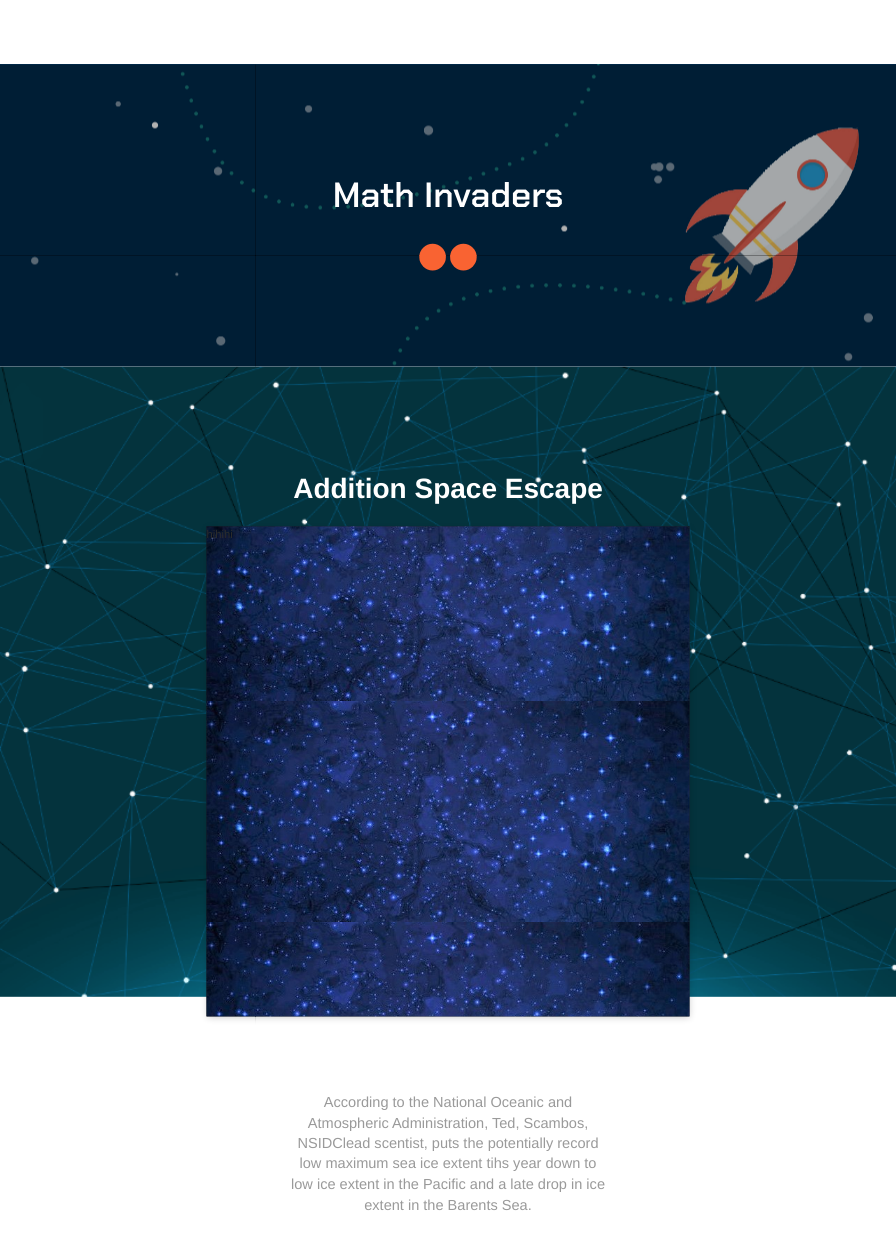
Repository: kkyler24/MathInvader
Page: index.html
An editor plug-in stored every save of this project. The page is shown before and after the next save, followed by the edit.
The browser window is 1280 px wide. The pictures show the whole page, at 70% of full size.
Some web libraries are served in a nearby version.

Above is the page before, as saved 2020-07-19 19:02:51.
Console error: TypeError: Cannot read properties of null (reading 'appendChild')

### index.html
<!DOCTYPE html>
<html lang="en">
  <head>
    <!-- Required meta tags -->
    <meta charset="utf-8" />
    <meta
      name="viewport"
      content="width=device-width, initial-scale=1, shrink-to-fit=no"
    />

    <!-- Bootstrap CSS -->
    <link
      rel="stylesheet"
      href="https://maxcdn.bootstrapcdn.com/bootstrap/4.0.0/css/bootstrap.min.css"
      integrity="sha384-Gn5384xqQ1aoWXA+058RXPxPg6fy4IWvTNh0E263XmFcJlSAwiGgFAW/dAiS6JXm"
      crossorigin="anonymous"
    />
    <link href="../assets/css/now-ui-kit.css?v=1.2.0" rel="stylesheet" />
    <link
      href="https://fonts.googleapis.com/css2?family=Chakra+Petch:wght@600&display=swap"
      rel="stylesheet"
    />
    <link href="./jsFolder/index.css" rel="stylesheet" />

    <title>Math Invaders</title>
  </head>
  <!-- Navbar -->
  <body class="burger-menu">
    <div id="mainBody">
      <nav
        id="marginb"
        class="navbar navbar-expand-lg fixed-top navbar-transparent"
      >
        <div class="container">
          <a class="navbar-brand" href="#">MCLA</a>
          <div class="separator separator-primary"></div>
          <button
            class="navbar-toggler"
            type="button"
            data-toggle="collapse"
            data-target="#navbarNav"
            aria-controls="navbarNav"
            aria-expanded="false"
            aria-label="Toggle navigation"
          >
            <span class="navbar-toggler-icon"></span>
          </button>
          <div class="collapse navbar-collapse" id="navbarNav">
            <ul class="navbar-nav">
              <li class="nav-item active">
                <a class="nav-link" href="#"
                  >Home <span class="sr-only">(current)</span></a
                >
              </li>
              <li class="nav-item">
                <a class="nav-link" href="#">About Us</a>
              </li>
              <li class="nav-item">
                <a class="nav-link" href="#">Games</a>
              </li>
              <li class="nav-item">
                <a class="nav-link" href="#">Log In</a>
              </li>
            </ul>
          </div>
        </div>
      </nav>
      <div id="wrapper">
        <div class="page-header page-header-small">
          <div class="page-header-image" data-parallax="true"></div>
          <div class="content-center">
            <div class="container">
              <h1 id="titleG" class="title">Math Invaders</h1>
              <div class="text-center">
                <a href="#pablo" class="btn btn-primary btn-icon btn-round">
                  <i class="fab fa-facebook-square"></i>
                </a>
                <a href="#pablo" class="btn btn-primary btn-icon btn-round">
                  <i class="fab fa-twitter"></i>
                </a>
              </div>
            </div>
          </div>
        </div>
      </div>
      <div id="backgroundSection" class="section section-about-us">
        <div class="container">
          <div class="section-story-overview">
            <h2 class="title text-center gameT">Addition Space Escape</h2>
            <div class="separator separator-primary"></div>
            <div class="game-wrapper">
<div id="Game" class="Game"> hihihi</div>
<div class="congratulations">
    <h1>Congratulations!</h1>
    <h2>You won the game</h2>
    <button class="btn" onclick="window.location.reload()">Restart</button>
              </div>
              <div class="game-over">
                <h1>GAME OVER</h1>
                <h2>You lost the game</h2>
                <button class="btn" onclick="window.location.reload()">Restart</button>
          </div>
                    </div>
                    <div class="separator separator-primary"></div>
                    <div class="row">
                        <div class="col-md-8 ml-auto mr-auto text-center">
                            <h2 class="title gameT">Description</h2>
                            <h5 class="description">According to the National Oceanic and Atmospheric Administration, Ted, Scambos, NSIDClead scentist, puts the potentially record low maximum sea ice extent tihs year down to low ice extent in the Pacific and a late drop in ice extent in the Barents Sea.</h5>
                        </div>
                    </div>
                </div>
            </div>
        </div>
    </div>
    </div>
    <!-- Optional JavaScript -->
    <!-- jQuery first, then Popper.js, then Bootstrap JS -->
    <script
      src="https://code.jquery.com/jquery-3.2.1.slim.min.js"
      integrity="sha384-KJ3o2DKtIkvYIK3UENzmM7KCkRr/rE9/Qpg6aAZGJwFDMVNA/GpGFF93hXpG5KkN"
      crossorigin="anonymous"
    ></script>
    <script
      src="https://cdnjs.cloudflare.com/ajax/libs/popper.js/1.12.9/umd/popper.min.js"
      integrity="sha384-ApNbgh9B+Y1QKtv3Rn7W3mgPxhU9K/ScQsAP7hUibX39j7fakFPskvXusvfa0b4Q"
      crossorigin="anonymous"
    ></script>
    <script
      src="https://maxcdn.bootstrapcdn.com/bootstrap/4.0.0/js/bootstrap.min.js"
      integrity="sha384-JZR6Spejh4U02d8jOt6vLEHfe/JQGiRRSQQxSfFWpi1MquVdAyjUar5+76PVCmYl"
      crossorigin="anonymous"
    ></script>
    <script src="../assets/js/plugins/bootstrap-switch.js"></script>
    <script
      src="../assets/js/plugins/nouislider.min.js"
      type="text/javascript"
    ></script>
    <script
      src="../assets/js/plugins/bootstrap-datepicker.js"
      type="text/javascript"
    ></script>
    <script
      src="../assets/js/now-ui-kit.js?v=1.2.0"
      type="text/javascript"
    ></script>
    <script src="./jsFolder/Aliens.js"></script>
    <script src="./jsFolder/tokens.js"></script>
    <script src="./jsFolder/game.js"></script>
  </body>
</html>

### jsFolder/index.css
html,
body {
  height: 100%;

  font-size: 16px;
  columns: #222b3f;
}
/*  navbar*/

.navbar.navbar-transparent {
  background-color: transparent !important;
  box-shadow: none;
  color: #fff;
  padding-top: 20px !important;
}

.fixed-top {
  position: fixed;
  top: 0;
  right: 0;
  left: 0;
  z-index: 1030;
}
#navbarNav {
  justify-content: flex-end;
}

#marginb {
  margin-bottom: 20px !important;
}
.navbar {
  position: relative;
  display: flex;
  flex-wrap: wrap;
  align-items: center;
  justify-content: space-between;
  padding: 0.5rem 1rem;
  padding-top: 0.625rem;
  padding-bottom: 0.625rem;
  min-height: 53px;
}

a {
  color: #222b3f;
  text-decoration: none;
  background-color: transparent;
}

.container {
  width: 100%;
  padding-right: 15px;
  padding-left: 15px;
  margin-right: auto;
  margin-left: auto;
}

.button-dropdown {
  padding-right: 0.7rem;
  cursor: pointer;
}

.navbar.navbar-transparent {
  background-color: transparent !important;
  color: #fff;
}

.dropdown {
  position: relative;
}

.navbar > .container {
  display: flex;
  flex-wrap: wrap;
  align-items: center;
  justify-content: space-between;
}

.gameT {
  color: #fff;
}
#titleG {
  font-family: "Chakra Petch", sans-serif;
  font-size: 50px;
  font-weight: 700;
  padding-top: 30px;
}
/*  container */

.page-header.page-header-small {
  min-height: 60vh;
  max-height: 440px;
}

.page-header {
  padding: 0;
  color: #fff;
  position: relative;
  overflow: hidden;
}

.page-header .page-header-image {
  position: absolute;
  background-size: cover;
  background-position: 50%;
  width: 100%;
  height: 100%;
  z-index: -1;
}
.page-header-image {
  background-image: url("./pictures/MathApics/kidsbackgroundspace.png");
  transform: translate3d(0px, 0px, 0px);
}

.navbar-toggler:not(:disabled):not(.disabled) {
  cursor: pointer;
}

.content-center {
  position: absolute;
  top: 50%;
  left: 50%;
  z-index: 2;
  transform: translate(-50%, -50%);
  text-align: center;
  color: #fff;
  padding: 0 15px;
  width: 100%;
  max-width: 880px;
}

.text-center {
  text-align: center !important;
}

.page-header .container {
  height: 100%;
  z-index: 1;
  text-align: center;
  position: relative;
}

.section {
  padding: 70px 0;
  position: relative;
  background: #fff;
}

.row {
  display: flex;
  flex-wrap: wrap;
  margin-right: -15px;
  margin-left: -15px;
}

.ml-auto,
.mx-auto {
  margin-left: auto !important;
}
.mr-auto,
.mx-auto {
  margin-right: auto !important;
}

.col-md-8 {
  position: relative;
  width: 100%;
  padding-right: 15px;
  padding-left: 15px;
}
h2 {
  margin-bottom: 30px;
  line-height: 1.2;
}

#backgroundSection {
  background-image: url("./pictures/MathApics/spaceship/background3591568.png");
  background-repeat: no-repeat;
  background-size: cover;
  width: 100%;
  height: 900px;
}

/* Game */

#Game {
  width: 800px;
  height: 700px;
  background: url("/jsFolder/pictures/MathApics/spaceship/cosmicgalaxbluebackground.jpg");
  animation: scroll-background 6s linear infinite;
  box-shadow: 0 2px 10px rgba(0, 0, 0, 0.2);
  position: relative;
}

.wrap {
  display: flex;
  flex-direction: column;
  height: 100%;
}

.game-wrapper {
  flex: 1;
  display: flex;
  justify-content: center;
  align-items: center;
  background: #222;
}

.game .enemy {
  position: absolute;
  margin-left: -20px;
  margin-top: -18px;
  width: 40px;
}

.game .player {
  position: absolute;
  margin-left: -20px;
  width: 40px;
}

.game .laser {
  position: absolute;
  margin-left: -2.5px;
  height: 30px;
}

.game .enemy-laser {
  position: absolute;
  margin-left: -2.5px;
  height: 30px;
}

.congratulations {
  display: none;
  position: absolute;
  background: #c7a526;
  color: white;
  padding: 20px 50px;
  box-shadow: 0 2px 10px rgba(0, 0, 0, 0.2);
  border-radius: 10px;
  text-align: center;
  animation: pop-in 1s;
}

.game-over {
  display: none;
  position: absolute;
  background: #6b1818;
  color: white;
  padding: 20px 50px;
  box-shadow: 0 2px 10px rgba(0, 0, 0, 0.2);
  border-radius: 10px;
  text-align: center;
  animation: pop-in 1s;
}

@keyframes scroll-background {
  from {
    background-position-y: 0px;
  }
  to {
    background-position-y: 256px;
  }
}

@keyframes pop-in {
  0% {
    opacity: 0;
    transform: translate(0, -100px);
  }
  10% {
    opacity: 1;
  }
  50% {
    transform: translate(0, 30px);
  }
  100% {
    transform: translate(0, 0);
  }
}

/* media Queries */

@media (min-width: 768px) {
  .col-md-8 {
    flex: 0 0 66.666667%;
    max-width: 66.666667%;
  }
}
@media (min-width: 768px) {
  .container {
    max-width: 720px;
  }
}

@media (min-width: 992px) {
  .navbar-expand-lg .navbar-toggler {
    display: none;
  }
}

@media (max-width: 991.98px) {
  .navbar-expand-lg > .container {
    padding-right: 0;
    padding-left: 0;
  }
}

@media (min-width: 768px) {
  .container {
    max-width: 720px;
  }
}

@media screen and (max-width: 991px) {
  .button-dropdown {
    display: none;
  }
}

@media (min-width: 992px) {
  .navbar-expand-lg .navbar-toggler {
    display: none;
  }
}

@media screen and (max-width: 991px) {
  .sidebar-collapse .wrapper {
    transition: all 0.5s cubic-bezier(0.685, 0.0473, 0.346, 1);
  }
}

### jsFolder/UIAssets/now-ui-kit-master/assets/js/now-ui-kit.js
/*!

 =========================================================
 * Now UI Kit - v1.3.0
 =========================================================

 * Product Page: https://www.creative-tim.com/product/now-ui-kit
 * Copyright 2019 Creative Tim (http://www.creative-tim.com)

 * Designed by www.invisionapp.com Coded by www.creative-tim.com

 =========================================================

 * The above copyright notice and this permission notice shall be included in all copies or substantial portions of the Software.

 */


var transparent = true;
var big_image;

var transparentDemo = true;
var fixedTop = false;

var navbar_initialized,
  backgroundOrange = false,
  toggle_initialized = false;

var nowuiKit,
  $navbar,
  scroll_distance,
  oVal;

$(document).ready(function() {
  //  Activate the Tooltips
  $('[data-toggle="tooltip"], [rel="tooltip"]').tooltip();

  // Activate Popovers and set color for popovers
  $('[data-toggle="popover"]').each(function() {
    color_class = $(this).data('color');
    $(this).popover({
      template: '<div class="popover popover-' + color_class + '" role="tooltip"><div class="arrow"></div><h3 class="popover-header"></h3><div class="popover-body"></div></div>'
    });
  });

  // Activate the image for the navbar-collapse
  nowuiKit.initNavbarImage();

  $navbar = $('.navbar[color-on-scroll]');
  scroll_distance = $navbar.attr('color-on-scroll') || 500;

  // Check if we have the class "navbar-color-on-scroll" then add the function to remove the class "navbar-transparent" so it will transform to a plain color.

  if ($('.navbar[color-on-scroll]').length != 0) {
    nowuiKit.checkScrollForTransparentNavbar();
    $(window).on('scroll', nowuiKit.checkScrollForTransparentNavbar)
  }

  $('.form-control').on("focus", function() {
    $(this).parent('.input-group').addClass("input-group-focus");
  }).on("blur", function() {
    $(this).parent(".input-group").removeClass("input-group-focus");
  });

  // Activate bootstrapSwitch
  $('.bootstrap-switch').each(function() {
    $this = $(this);
    data_on_label = $this.data('on-label') || '';
    data_off_label = $this.data('off-label') || '';

    $this.bootstrapSwitch({
      onText: data_on_label,
      offText: data_off_label
    });
  });

  if ($(window).width() >= 992) {
    big_image = $('.page-header-image[data-parallax="true"]');

    $(window).on('scroll', nowuiKitDemo.checkScrollForParallax);
  }

  // Activate Carousel
  $('.carousel').carousel({
    interval: 4000
  });

  $('.date-picker').each(function() {
    $(this).datepicker({
      templates: {
        leftArrow: '<i class="now-ui-icons arrows-1_minimal-left"></i>',
        rightArrow: '<i class="now-ui-icons arrows-1_minimal-right"></i>'
      }
    }).on('show', function() {
      $('.datepicker').addClass('open');

      datepicker_color = $(this).data('datepicker-color');
      if (datepicker_color.length != 0) {
        $('.datepicker').addClass('datepicker-' + datepicker_color + '');
      }
    }).on('hide', function() {
      $('.datepicker').removeClass('open');
    });
  });


});

// Javascript just for Demo purpose, remove it from your project
nowuiKitDemo = {
  checkScrollForParallax: debounce(function() {
    var current_scroll = $(this).scrollTop();

    oVal = ($(window).scrollTop() / 3);
    big_image.css({
      'transform': 'translate3d(0,' + oVal + 'px,0)',
      '-webkit-transform': 'translate3d(0,' + oVal + 'px,0)',
      '-ms-transform': 'translate3d(0,' + oVal + 'px,0)',
      '-o-transform': 'translate3d(0,' + oVal + 'px,0)'
    });

  }, 6)

}

// Returns a function, that, as long as it continues to be invoked, will not
// be triggered. The function will be called after it stops being called for
// N milliseconds. If `immediate` is passed, trigger the function on the
// leading edge, instead of the trailing.

function debounce(func, wait, immediate) {
  var timeout;
  return function() {
    var context = this,
      args = arguments;
    clearTimeout(timeout);
    timeout = setTimeout(function() {
      timeout = null;
      if (!immediate) func.apply(context, args);
    }, wait);
    if (immediate && !timeout) func.apply(context, args);
  };
};

$(window).on('resize', function() {
  nowuiKit.initNavbarImage();
});

$(document).on('click', '.navbar-toggler', function() {
  $toggle = $(this);

  if (nowuiKit.misc.navbar_menu_visible == 1) {
    $('html').removeClass('nav-open');
    nowuiKit.misc.navbar_menu_visible = 0;
    $('#bodyClick').remove();
    setTimeout(function() {
      $toggle.removeClass('toggled');
    }, 550);
  } else {
    setTimeout(function() {
      $toggle.addClass('toggled');
    }, 580);
    div = '<div id="bodyClick"></div>';
    $(div).appendTo('body').click(function() {
      $('html').removeClass('nav-open');
      nowuiKit.misc.navbar_menu_visible = 0;
      setTimeout(function() {
        $toggle.removeClass('toggled');
        $('#bodyClick').remove();
      }, 550);
    });

    $('html').addClass('nav-open');
    nowuiKit.misc.navbar_menu_visible = 1;
  }
});

nowuiKit = {
  misc: {
    navbar_menu_visible: 0
  },

  checkScrollForTransparentNavbar: debounce(function() {
    if ($(document).scrollTop() > scroll_distance) {
      if (transparent) {
        transparent = false;
        $('.navbar[color-on-scroll]').removeClass('navbar-transparent');
      }
    } else {
      if (!transparent) {
        transparent = true;
        $('.navbar[color-on-scroll]').addClass('navbar-transparent');
      }
    }
  }, 17),

  initNavbarImage: function() {
    var $navbar = $('.navbar').find('.navbar-translate').siblings('.navbar-collapse');
    var background_image = $navbar.data('nav-image');

    if (background_image != undefined) {
      if ($(window).width() < 991 || $('body').hasClass('burger-menu')) {
        $navbar.css('background', "url('" + background_image + "')")
          .removeAttr('data-nav-image')
          .css('background-size', "cover")
          .addClass('has-image');
      } else {
        $navbar.css('background', "")
          .attr('data-nav-image', '' + background_image + '')
          .css('background-size', "")
          .removeClass('has-image');
      }
    }
  },

  initSliders: function() {
    // Sliders for demo purpose in refine cards section
    var slider = document.getElementById('sliderRegular');

    noUiSlider.create(slider, {
      start: 40,
      connect: [true, false],
      range: {
        min: 0,
        max: 100
      }
    });

    var slider2 = document.getElementById('sliderDouble');

    noUiSlider.create(slider2, {
      start: [20, 60],
      connect: true,
      range: {
        min: 0,
        max: 100
      }
    });
  }
}

// Javascript just for Demo purpose, remove it from your project
nowuiKitDemo = {
  checkScrollForParallax: debounce(function() {
    var current_scroll = $(this).scrollTop();

    oVal = ($(window).scrollTop() / 3);
    big_image.css({
      'transform': 'translate3d(0,' + oVal + 'px,0)',
      '-webkit-transform': 'translate3d(0,' + oVal + 'px,0)',
      '-ms-transform': 'translate3d(0,' + oVal + 'px,0)',
      '-o-transform': 'translate3d(0,' + oVal + 'px,0)'
    });

  }, 6)

}

// Returns a function, that, as long as it continues to be invoked, will not
// be triggered. The function will be called after it stops being called for
// N milliseconds. If `immediate` is passed, trigger the function on the
// leading edge, instead of the trailing.

function debounce(func, wait, immediate) {
  var timeout;
  return function() {
    var context = this,
      args = arguments;
    clearTimeout(timeout);
    timeout = setTimeout(function() {
      timeout = null;
      if (!immediate) func.apply(context, args);
    }, wait);
    if (immediate && !timeout) func.apply(context, args);
  };
};

### jsFolder/game.js
const GAME_WIDTH = 800;
const GAME_HEIGHT = 700;

const KEY_CODE_LEFT = 37;
const KEY_CODE_RIGHT = 39;
const KEY_CODE_SPACE = 32;

// contains entire state of game which included position of player and enemies.
const GAME_STATE = {
  playerX: 0,
  playerY: 0,
};

function setPosition($el, x, y) {
  $el.style.transform = `translate(${x}px, ${y}px)`;
}

function createPlayer($container) {
  GAME_STATE.playerX = GAME_WIDTH / 2;
  GAME_STATE.playerY = GAME_HEIGHT - 50;
  const $player = document.createElement("img");
  $player.src = "img/player-blue-1.png";
  $player.className = "player";
  $container.appendChild($player);
  setPosition($player, GAME_STATE.playerX, GAME_STATE.playerY);
}

// initializes players and function of the game
function init() {
  const $container = document.querySelector(".game");
  createPlayer($container);
}

init();
window.addEventListener("keydown", onKeyDown);

Loaded but not shown: jsFolder/UIAssets/now-ui-kit-master/assets/css/now-ui-kit.css (library); jsFolder/UIAssets/now-ui-kit-master/assets/js/plugins/bootstrap-switch.js (library); jsFolder/UIAssets/now-ui-kit-master/assets/js/plugins/nouislider.min.js (library); jsFolder/UIAssets/now-ui-kit-master/assets/js/plugins/bootstrap-datepicker.js (library); jsFolder/Aliens.js (empty); jsFolder/tokens.js (empty)

After the next save:
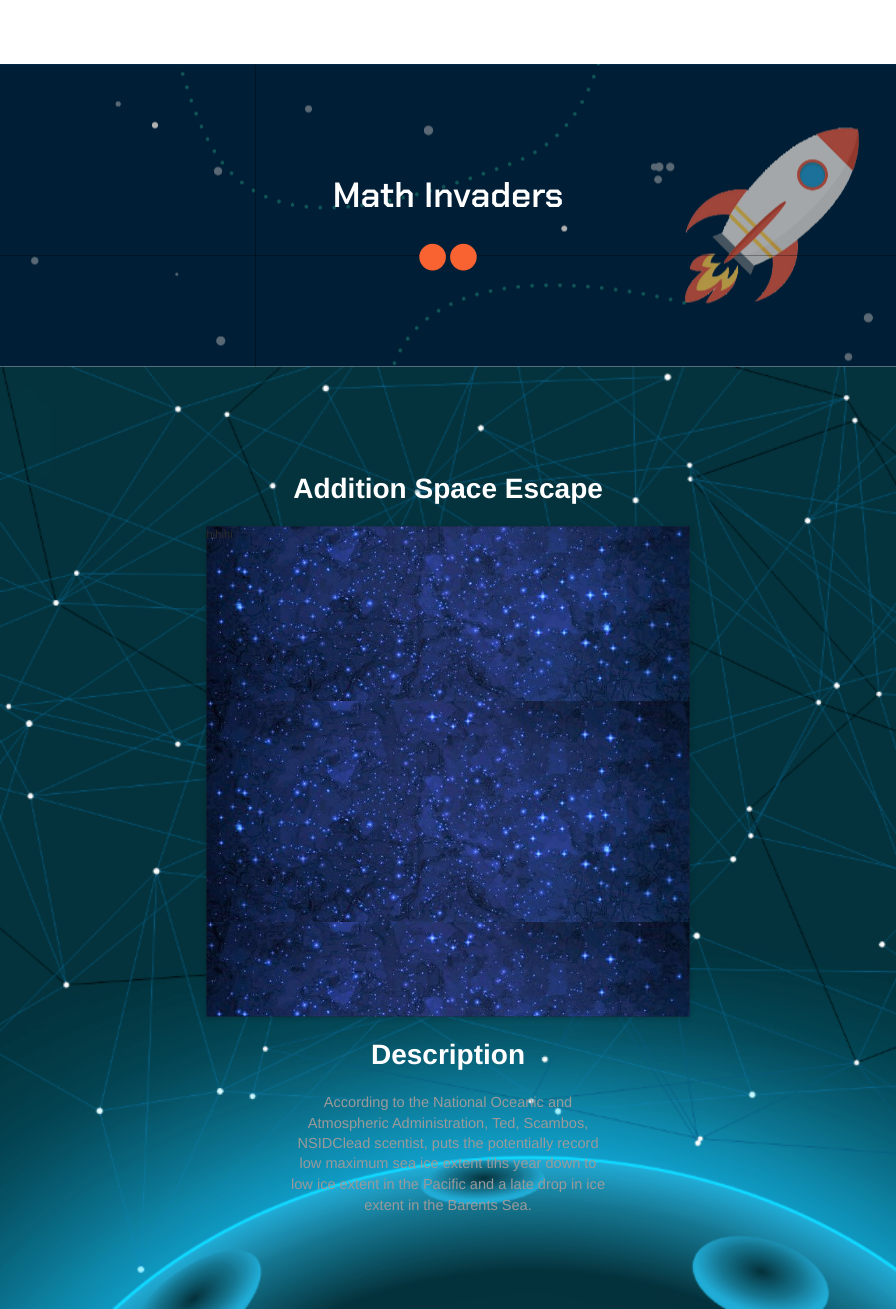
Saved 3 min 12 s later.
--- a/jsFolder/index.css
+++ b/jsFolder/index.css
@@ -177,7 +177,7 @@ h2 {
   background-repeat: no-repeat;
   background-size: cover;
   width: 100%;
-  height: 900px;
+  height: auto;
 }
 
 /* Game */
